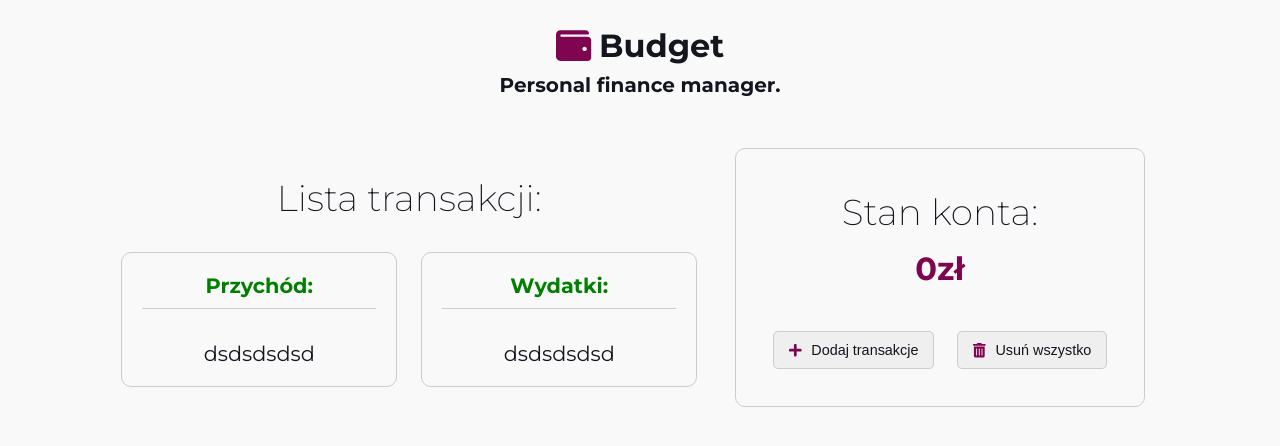
Repository: KrzysKolo/sr_tydzien4_zad4
Page: /
The author's editor kept a copy of each file at every save. The page is drawn from the files as they stood at one save, then again after the next save.
The browser window is 1280 px wide. The pictures show the whole page.
Some web libraries are served in a nearby version. The project was rebuilt for these pictures with package versions that can differ from the ones it lists, and the page was loaded fresh each time. Also part of the build but not shown: src/components/budgetComponents/formComponents/Header.js, src/components/budgetComponents/formComponents/ErrorMessage.js, src/components/budgetComponents/formComponents/Input.js, src/components/budgetComponents/formComponents/Select.js.

Above is the page before, as saved 2020-12-03 21:02:48.

### public/index.html
<!DOCTYPE html>
<html lang="en">
  <head>
    <meta charset="utf-8" />
    <link rel="icon" href="%PUBLIC_URL%/favicon.ico" />
    <meta name="viewport" content="width=device-width, initial-scale=1" />
    <meta name="theme-color" content="#000000" />
    <meta
      name="description"
      content="Web site created using create-react-app"
    />
    <link rel="apple-touch-icon" href="%PUBLIC_URL%/logo192.png" />
    <!--
      manifest.json provides metadata used when your web app is installed on a
      user's mobile device or desktop. See https://developers.google.com/web/fundamentals/web-app-manifest/
    -->
    <link rel="manifest" href="%PUBLIC_URL%/manifest.json" />
    <!--
      Notice the use of %PUBLIC_URL% in the tags above.
      It will be replaced with the URL of the `public` folder during the build.
      Only files inside the `public` folder can be referenced from the HTML.

      Unlike "/favicon.ico" or "favicon.ico", "%PUBLIC_URL%/favicon.ico" will
      work correctly both with client-side routing and a non-root public URL.
      Learn how to configure a non-root public URL by running `npm run build`.
    -->
    <link
      href="https://fonts.googleapis.com/css?family=Montserrat:200,400,700&display=swap&subset=latin-ext"
      rel="stylesheet"
    />
    <script
      src="https://kit.fontawesome.com/327a0d490c.js"
      crossorigin="anonymous"
    ></script>
    <title>Budget</title>
  </head>
  <body>
    <noscript>You need to enable JavaScript to run this app.</noscript>
    <div id="root"></div>
    <!--
      This HTML file is a template.
      If you open it directly in the browser, you will see an empty page.

      You can add webfonts, meta tags, or analytics to this file.
      The build step will place the bundled scripts into the <body> tag.

      To begin the development, run `npm start` or `yarn start`.
      To create a production bundle, use `npm run build` or `yarn build`.
    -->
  </body>
</html>

### src/App.js
import React from 'react';
import Budget from './components/Budget'

const App = () => {
  return (
    <>
      <Budget/>
    </>
  )
}

export default App;

### src/components/Budget.js
import React from 'react';
import Header from './budgetComponents/Header';
import Section from './budgetComponents/Section';
import SectionInfo from './budgetComponents/SectionInfo';
import H2 from './budgetComponents/sectionComponents/H2';
import styled, { createGlobalStyle } from 'styled-components';

const GlobalStyle = createGlobalStyle`
    * {
        padding: 0;
        margin: 0;
        box-sizing: border-box;
    }
    body {
        background-color: #f9f9f9;
        color: #14161f;
        font-family: "Montserrat", sans-serif;
        font-size: 16px;
        min-height: 100vh;
    }
    `;
const Container = styled.main`
    font-size: 1.5rem;
`;
const SectionContainer = styled.section`
    display: flex;
    flex-direction: row;
    justify-content: center;
    align-items: center;
`;
const SectionBudget = styled.section`
    display: flex;
    flex-direction: column;
    justify-content: center;
    align-items: center;
`;
const DivItems = styled.div`
    display: flex;
    flex-direction: row;
    justify-content: center;
    align-items: center;

`;
const Budget = () => {
    return (
        <>
            <GlobalStyle />
            <Container>
                <Header />
                <SectionContainer>
                    <SectionBudget>
                        <H2 title={"Lista transakcji"} />
                        <DivItems>
                            <Section title={"Przychód"} label={"p"}/>
                            <Section title={"Wydatki"} />
                        </DivItems>
                    </SectionBudget>
                    <SectionInfo title={"Stan konta"}/>
                </SectionContainer>
            </Container>

        </>
    )
}

export default Budget;

### src/components/budgetComponents/Header.js
import React from 'react';
import styled from 'styled-components';
import { FontAwesomeIcon } from '@fortawesome/react-fontawesome';
import { faWallet } from '@fortawesome/free-solid-svg-icons';

const SectionHeader = styled.header`
    align-items: center;
    color: rgb(127, 5, 80);
    display: flex;
    font-size: 2.2rem;
    flex-direction: column;
    justify-content: center;
    padding: 2%;
`;
const DivHeader = styled.div`
    align-items: center;
    display: flex;
    flex-direction: row;
    justify-content: center;
    margin-bottom: 0.5rem;
`;
const H1Header = styled.h1`
    color: #14161f;
    font-size: 2rem;
    margin-left: .5rem;
`;
const H2Header = styled.h2`
    color: #14161f;
    font-size: 1.25rem;
`;
const Header = () => {
    return (
        <SectionHeader>
            <DivHeader>
                <FontAwesomeIcon icon={faWallet}/>
                <H1Header>Budget</H1Header>
            </DivHeader>
            <H2Header>Personal finance manager.</H2Header>
        </SectionHeader>
    )
}

export default Header;

### src/components/budgetComponents/Section.js
import React from 'react';
import { H1 }from './sectionComponents/index';
import styled from 'styled-components';

const SectionWrapper = styled.section`
    border: 1px solid #ccc;
    border-radius: 10px;
    display: flex;
    flex-direction: column;
    font-size: 1.3rem;
    justify-content: center;
    align-items: center;
    margin: 2%;
    padding: 20px;
    width: 300px;
`;
const Section = ({ title, label }) => {
    return (
        <SectionWrapper>
           <H1 title={title} label={label}> </H1>
           <p>dsdsdsdsd</p>
        </SectionWrapper>
    )
}

export default Section;

### src/components/budgetComponents/SectionInfo.js
import React, { useState } from 'react';
import { H2, P } from './sectionComponents/index';
import Form from './Form';
import Button from './../budgetComponents/buttons/Button';
import styled from 'styled-components';
import { faPlus,  faTrashAlt } from '@fortawesome/free-solid-svg-icons';
const SectionWrapper = styled.section`
    border: 1px solid #ccc;
    border-radius: 10px;
    display: flex;
    flex-direction: column;
    margin: 2vw;
    padding: 2%;
`;
const ButtonWrapper = styled.div`
    display: flex;
    flex-direction: row;
`;

const SectionInfo = ({ title }) => {
    const [showForm, setShowForm] = useState(false);
    const openForm = () =>{
        setShowForm(prev => !prev);
  };
    return (
        <>
        <SectionWrapper>
           <H2 title={title}> </H2>
           <P />
           <ButtonWrapper>
                <Button onClick={openForm} title="Dodaj transakcje" icons={faPlus} />
                <Button title="Usuń wszystko" icons={faTrashAlt} type="submit"/>
           </ButtonWrapper>

        </SectionWrapper>
        <Form showForm={showForm} setShowForm={setShowForm} />
        </>
    )
}

export default SectionInfo;

### src/components/budgetComponents/sectionComponents/H2.js
import React from 'react'
import styled from 'styled-components';

const TitleH2 = styled.h2`
    font-weight: 200;
    margin: 2% auto;
    padding: 0.5rem;
`;

const H2 = ({title}) => {
    return (
        <TitleH2>
            {title}:
        </TitleH2>
    )
}

export default H2;

### src/components/budgetComponents/sectionComponents/index.js
export { default as H1 } from './H1';
export { default as H2 } from './H2';
export { default as P } from './P';

### src/components/budgetComponents/Form.js
import React, { useState } from 'react';
import { Header, Input, Select } from './formComponents/';
import Button from './buttons/Button';
import styled from 'styled-components';
import SelectOptions from './../data/SelectOptions';
import { faBusinessTime, faSave, faWindowClose } from '@fortawesome/free-solid-svg-icons';
import { useFormik } from 'formik';
import * as yup from 'yup';

const FormWrapper = styled.form`
    background-color: #f9f9f9;
    border: 4px double rgb(127, 5, 80);
    border-radius: 10px;
    box-shadow: 3px 3px 5px rgba(127, 5, 80, 0.5);
    color: rgb(127, 5, 80);
    position: fixed;
    display: flex;
    flex-direction: column;
    justify-content: center;
    align-items: center;
    /* margin: 0 auto; */
    padding: 10px;
    width: 20vw;
    min-width: 300px;
`;
const ButtonWrapper = styled.div`
    display: flex;
    flex-direction: row;
    justify-content: center;
    border-top: 1px solid rgba(127, 5, 80, 0.3);
    padding-top: 10px;
    margin-top: 1.4rem;
`;

const FormData = ({ showForm, setShowForm }) => {
    const initialValues  = {
        name: '',
        amount: '',
        category: -1,
    };
    const validationSchema = yup.object({
        name: yup.string().required("Required").min(3, "Musi być min 3 znaki").max(50,"Moze być max 50 znaków"),
        amount: yup.number().required("Required").min(1, "Musi być conajmniej 1 cyfra"),
        category: yup.number().required("Musi być wybrane").min(0, ).max(5),
    })
    const onSubmit = ( values, {resetForm} ) => {
        console.log('Form data', values);
        setShowMessage(true);
        resetForm();
    };
    const closeForm = () => {
        setShowForm(false);
    };
    const [ showMessage, setShowMessage ] = useState(false);
    const formik = useFormik({
        initialValues,
        validationSchema,
        onSubmit,
    });
    return (
        <>
        { showForm &&
        <FormWrapper onSubmit={formik.handleSubmit}>
            <Header icons={faBusinessTime} title={"Dodaj transakcje!"} />
            <Input type="text" label="Nazwa transakcji" name="name" placeholder="nazwa transakcji..." onChange={formik.handleChange} value={formik.values.name} onBlur={formik.handleBlur} error={formik.errors.name} message={formik.errors.name} touched={formik.touched.name} />
            <Input type="text" label="Kwota transakcji" name="amount" placeholder="kwota..." onChange={formik.handleChange} value={formik.values.amount} onBlur={formik.handleBlur} error={formik.errors.amount} message={formik.errors.amount} touched={formik.touched.amount}/>
            <Select options={SelectOptions} label="Wybierz kategorię transakcji" name="category" onChange={formik.handleChange} value={formik.values.category} onBlur={formik.handleBlur} error={formik.errors.category} message={formik.errors.category} touched={formik.touched.category}/>
            <ButtonWrapper>
                <Button type="save" title="Zapisz" icons={faSave}/>
                <Button title="Anuluj" icons={faWindowClose} type="cancel" onClick={closeForm} />
            </ButtonWrapper>
        </FormWrapper>
        }
        </>
    )
}

export default FormData;

### src/components/budgetComponents/buttons/Button.js
import React from 'react';
import styled from 'styled-components';
import { FontAwesomeIcon } from '@fortawesome/react-fontawesome';

const ButtonDiv = styled.button`
    border: 1px solid #ccc;
    border-radius: 5px;
    margin: 0.7rem;
    padding: 10px 15px;
    display: flex;
    flex-direction: row;
    align-items: center;
    color: rgb(127, 5, 80);
    font-size: 0.9rem;
    cursor: pointer;
    transition: 0.3s ease-in-out;
    &:hover {
        border: 1px solid rgba(127, 5, 80, 0.4);
        background-color:  #f9f9f9;
        color: rgba(127, 5, 80, 0.5);
    }
`;
const ButtonTitleDiv = styled.div`
    margin-left: 10px;
    color: #14161f;
`;
const Button = ({ title, icons, onClick }) => {
    return (
        <ButtonDiv onClick={onClick}>
            <FontAwesomeIcon icon={icons} />
            <ButtonTitleDiv>{title}</ButtonTitleDiv>
        </ButtonDiv>
    )
}

export default Button;

### src/components/budgetComponents/sectionComponents/H1.js
import React from 'react'
import styled from 'styled-components';

const TitleH1 = styled.h1`
    border-bottom: 1px solid #ccc;
    color: ${label => label='p' ? 'green' : 'red'};
    margin-bottom: 2rem;
    padding-bottom: 10px;
    display: block;
    width: 100%;
    text-align: center;
`;

const H1 = ({title, label}) => {
    return (
        <TitleH1 label={label}>
            {title}:
        </TitleH1>
    )
}

export default H1;

### src/components/budgetComponents/sectionComponents/P.js
import React from 'react';
import styled from 'styled-components';

const InfoP = styled.p`
    color: rgb(127, 5, 80);
    font-size: 2rem;
    font-weight: bold;
    width: 100%auto;
    text-align: center;
    padding-bottom: 2rem;
`;

const P = () => {
    return (
        <InfoP>
            0zł
        </InfoP>
    )
}

export default P;

### src/components/budgetComponents/formComponents/index.js
export { default as Header } from './Header';
export { default as Input } from './Input';
export { default as ErrorMessage } from './ErrorMessage';
export { default as Select } from './Select';

### src/components/data/SelectOptions.js
const SelectOptions=[
    { id: -1, value: "-1", label:"", title: 'Select...' },
    { id: 0, value: "0", label:"[+]", title: 'Przychód' },
    { id: 1, value: "1", label:"[-]", title: 'Rachunki' },
    { id: 2, value: "2", label:"[-]", title: 'Sport' },
    { id: 3, value: "3", label:"[-]", title: 'Wyżywienie' },
    { id: 4, value: "4", label:"[-]", title: 'Kultura' },
    { id: 5, value: "5", label:"[-]", title: 'Wypoczynek' },
];
export default SelectOptions;

Loaded but not shown: src/index.js (common file); src/index.css (common file)

After the next save:
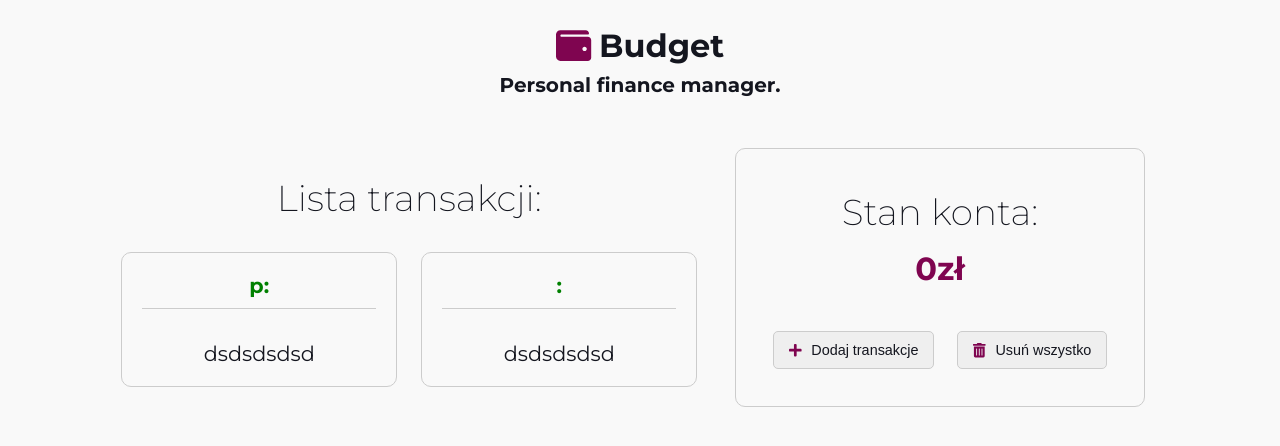
Saved 2 min 16 s later.
--- a/src/components/budgetComponents/sectionComponents/H1.js
+++ b/src/components/budgetComponents/sectionComponents/H1.js
@@ -13,8 +13,8 @@ const TitleH1 = styled.h1`
 
 const H1 = ({title, label}) => {
     return (
-        <TitleH1 label={label}>
-            {title}:
+        <TitleH1 >
+            {title,  label}:
         </TitleH1>
     )
 }
